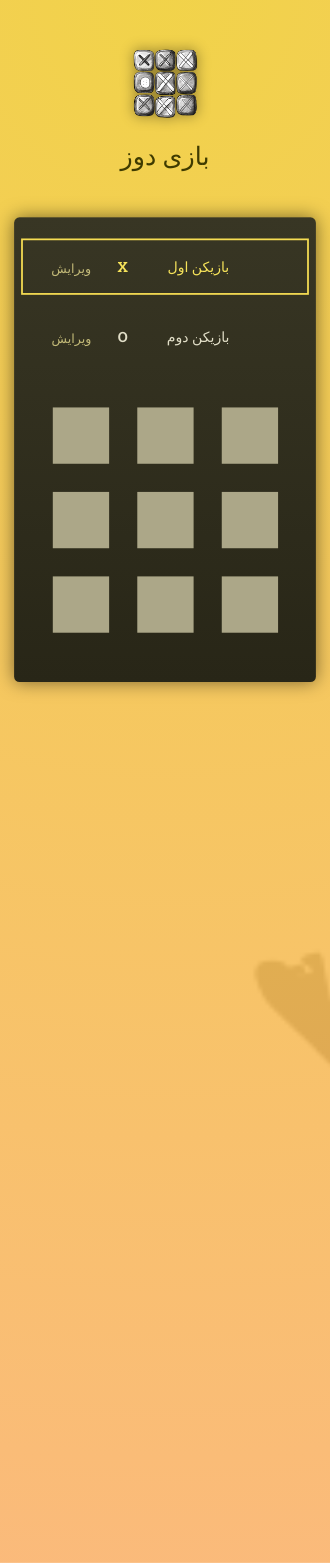
Repository: H-ala/react-tic-toc-toe
Page: /
An editor plug-in stored every save of this project. The page is shown before and after the next save, followed by the edit.
The browser window is 375 px wide. The pictures show the whole page, at 88% of full size.
Some web fonts or font styles are not loaded; a fallback is used. The project was rebuilt for these pictures with package versions that can differ from the ones it lists, and the page was loaded fresh each time. Also part of the build but not shown: vite.config.js, src/components/GameOver.jsx.

Above is the page before, as saved 2025-10-21 18:40:11.

### index.html
<!DOCTYPE html>
<html lang="en">
  <head>
    <meta charset="UTF-8" />
    <link rel="icon" type="image/svg+xml" href="/game-logo.png" />
    <meta name="viewport" content="width=device-width, initial-scale=1.0" />
    <title>React Tic-Tac-Toe</title>
  </head>
  <body>
    <header>
      <img src="game-logo.png" alt="main picture">
      <h1>بازی دوز</h1>
    </header>
    <div id="root"></div>
    <script type="module" src="/src/index.jsx"></script>
  </body>
</html>

### src/App.jsx
import { WINNING_COMBINATIONS } from "./winning_combinations.js";
import { useState } from "react";
import GameBoard from "./components/GameBoard.jsx";
import GameOver from "./components/GameOver.jsx";
import Player from "./components/Player.jsx";
import Log from "./components/Log.jsx";

const PLAYERS = {
    X: "بازیکن اول",
    O: "بازیکن دوم",
  }

const INITIAL_GAME_BOARD = [
  [null, null, null],
  [null, null, null],
  [null, null, null],
];

function deriveActivePlayer(gameTurns) {
  let currentPlayer = "X";
  if (gameTurns.length > 0 && gameTurns[0].player === "X") {
    currentPlayer = "O";
  }
  return currentPlayer;
}

function deriveGameBoard(gameTurns) {
  let gameBoard = [...INITIAL_GAME_BOARD.map((innerArray) => [...innerArray])];

  for (const turn of gameTurns) {
    const { square, player } = turn;
    const { row, col } = square;

    gameBoard[row][col] = player;
  }
  return gameBoard
}

function deriveWinner(gameBoard, players) {
  let winner;

  for (const combination of WINNING_COMBINATIONS) {
    const firstSquareSymbol =
      gameBoard[combination[0].row][combination[0].column];
    const secondSquareSymbol =
      gameBoard[combination[1].row][combination[1].column];
    const thirdSquareSymbol =
      gameBoard[combination[2].row][combination[2].column];

    if (
      firstSquareSymbol &&
      firstSquareSymbol === secondSquareSymbol &&
      firstSquareSymbol === thirdSquareSymbol
    ) {
      winner = players[firstSquareSymbol];
    }
  }

  return winner;
}

function App() {
  const [players, setplayers] = useState(PLAYERS);
  const [gameTurns, setGameTurns] = useState([]);

  const activePlayer = deriveActivePlayer(gameTurns);

  const gameBoard = deriveGameBoard(gameTurns);
  const winner = deriveWinner(gameBoard, players);
  const isDraw = gameTurns.length === 9 && !winner;

  function handleSelectSquare(rowIndex, colIndex) {
    setGameTurns((prevTurns) => {
      const currentPlayer = deriveActivePlayer(prevTurns);
      const updatedTurns = [
        {
          square: { row: rowIndex, col: colIndex },
          player: currentPlayer,
        },
        ...prevTurns,
      ];
      return updatedTurns;
    });
  }

  function handlePlayerName(symbol, newName) {
    setplayers((prevPlayers) => {
      return {
        ...prevPlayers,
        [symbol]: newName,
      };
    });
  }

  function handleRestart() {
    setGameTurns([]);
  }
  return (
    <main>
      <div id="game-container">
        <ol id="players" className="highlight-player">
          <Player
            initialName={PLAYERS.X}
            symbol="X"
            isActive={activePlayer === "X"}
            onChangeName={handlePlayerName}
          />
          <Player
            initialName={PLAYERS.O}
            symbol="O"
            isActive={activePlayer === "O"}
            onChangeName={handlePlayerName}
          />
        </ol>
        {(winner || isDraw) && (
          <GameOver winner={winner} onRestart={handleRestart} />
        )}
        <GameBoard onSelectSquare={handleSelectSquare} board={gameBoard} />
      </div>
      <Log turns={gameTurns} />
    </main>
  );
}

export default App;

### src/index.css
@import url("https://fonts.googleapis.com/css2?family=Caprasimo&family=Roboto+Slab:wght@400;700&display=swap");

* {
  box-sizing: border-box;
}

html {
  font-family: "Roboto Slab", sans-serif;
  line-height: 1.5;

  color: #ebe7ef;

  font-synthesis: none;
  text-rendering: optimizeLegibility;
  -webkit-font-smoothing: antialiased;
  -moz-osx-font-smoothing: grayscale;
  -webkit-text-size-adjust: 100%;
}

body {
  background: radial-gradient(
      circle at top,
      rgba(241, 210, 70, 0.98),
      rgba(250, 176, 103, 0.87)
    ),
    url("bg-pattern-dark.png");
  background-repeat: repeat;
  background-size: 100% 100%, 30% 30%, 100% 100%;
  min-height: 110rem;
  direction: rtl;
}

header {
  text-align: center;
}

header img {
  width: 8rem;
  object-fit: contain;
  margin: 3rem auto 1rem auto;
  filter: drop-shadow(0 0 8px rgba(0, 0, 0, 0.4));
}

h1 {
  font-family: "Caprasimo", cursive;
  font-size: 3rem;
  margin: 0 auto 3rem auto;
  color: #3f3b00;
}

#game-container {
  max-width: 45rem;
  margin: 3rem auto;
  padding: 2rem;
  border-radius: 6px;
  background: linear-gradient(#383624, #282617);
  box-shadow: 0 0 20px rgba(0, 0, 0, 0.5);
  position: relative;
}

#players {
  list-style: none;
  padding: 0;
  margin: 1rem 0;
  display: flex;
  justify-content: center;
  align-items: center;
  gap: 2rem;
}

#players li {
  display: flex;
  align-items: center;
  width: 50%;
  border: 2px solid transparent;
}

#players.highlight-player li.active {
  border-color: #f6e35a;
  animation: pulse 2s infinite ease-in-out;
}

#players.highlight-player li.active .player-name,
#players.highlight-player li.active .player-symbol {
  color: #f6e35a;
}

#players button {
  width: 3rem;
  border: none;
  background: none;
  color: #c3ba78;
  font-size: 0.9rem;
  cursor: pointer;
  transition: color 0.2s;
  padding: 0.5rem 0.25rem 0.25rem 0.25rem;
  text-align: center;
}

#players button:hover {
  color: #f8ca31;
}

.player {
  border: 2px solid transparent;
  padding: 0.5rem;
  border-radius: 4px;
  font-weight: bold;
}

.player-name {
  display: inline-block;
  width: 10rem;
  font-size: 1rem;
  color: #e1dec7;
  text-transform: uppercase;
  margin: 0;
  padding: 0.5rem;
  border-radius: 4px;
  text-overflow: ellipsis;
  text-align: center;
}

.player input {
  font: inherit;
  font-size: 1rem;
  width: 10rem;
  border: none;
  padding: 0.5rem;
  animation: pulse-text 2s infinite;
  background-color: #46432f;
  text-align: center;
  text-transform: uppercase;
}

.player-symbol {
  margin-left: 1rem;
  font-size: 1rem;
  color: #e1dec7;
}

ol {
  list-style: none;
  margin: 0;
  padding: 0;
}

/* #pre-game {
  text-align: center;
}

#pre-game button {
  cursor: pointer;
  background: none;
  color: #f8c031;
  border: none;
  font-family: "Caprasimo", cursive;
  font-size: 4rem;
  text-shadow: 0 0 12px rgba(0, 0, 0, 0.7);
  animation: pulse-text-size 2s infinite ease-out;
} */

#game-board {
  display: flex;
  flex-wrap: wrap;
  justify-content: center;
  gap: 2rem;
  margin: 3rem 0;
  padding: 0;
  flex-direction: column;
}

#game-board ol {
  display: flex;
  flex-wrap: wrap;
  justify-content: center;
  gap: 2rem;
  margin: 0;
  padding: 0;
}

#game-board button {
  width: 8rem;
  height: 8rem;
  border: none;
  background: #aca788;
  color: #3f3b00;
  font-size: 5rem;
  cursor: pointer;
  font-family: "Caprasimo", cursive;
  padding: 1rem;
}

#game-over {
  position: absolute;
  top: 0;
  left: 0;
  width: 100%;
  height: 100%;
  display: flex;
  flex-direction: column;
  justify-content: center;
  align-items: center;
  background-color: rgba(40, 38, 23, 0.95);
  animation: pop-in 0.5s cubic-bezier(0.68, -0.55, 0.65, 0.52) forwards;
}

#game-over h2 {
  font-family: "Caprasimo", cursive;
  font-size: 4rem;
  text-align: center;
  color: #fcd256;
  margin: 0;
}

#game-over p {
  font-size: 2rem;
  text-align: center;
  color: #e1dec7;
}

#game-over button {
  display: block;
  margin: 0 auto;
  font-size: 1.5rem;
  background: none;
  border: 2px solid #fcd256;
  color: #fcd256;
  padding: 0.5rem 1rem;
  border-radius: 4px;
  cursor: pointer;
  transition: all 0.2s, color 0.2s;
  box-shadow: 0 0 8px rgba(255, 187, 0, 0.4);
}

#game-over button:hover {
  background: #fcd256;
  color: #3f3b00;
  transform: scale(1.1);
  box-shadow: 0 0 20px rgba(255, 187, 0, 0.8);
}

#log {
  max-width: 20rem;
  color: #3f3b00;
  list-style: none;
  margin: 2rem auto;
  padding: 0;
  text-align: center;
}

#log li {
  border-radius: 4px;
  animation: slide-in-from-left 1s cubic-bezier(0.075, 0.82, 0.165, 1) forwards;
  margin: 0.75rem;
}

#log li.highlighted {
  background-color: #3f3b00;
  color: white;
}

#game-hints {
  text-align: center;
  color: #46432f;
}

#game-hints h2 {
  font-family: "Caprasimo", cursive;
  font-size: 2rem;
  margin: 0;
}

#game-hints ul {
  list-style: none;
  padding: 0;
  margin: 0;
}

#game-hints button {
  cursor: pointer;
  border: none;
  background: transparent;
  color: #23221f;
  font: inherit;
  margin-top: 1.5rem;
}

@keyframes slide-in-from-left {
  0% {
    opacity: 0;
    transform: translateX(-30%);
  }
  100% {
    opacity: 1;
    transform: translateX(0);
  }
}

@keyframes pulse-text {
  0% {
    color: #e1dec7;
  }
  50% {
    color: #9f9d83;
  }
  100% {
    color: #e1dec7;
  }
}

@keyframes pulse-text-size {
  0% {
    transform: scale(1);
  }
  50% {
    transform: scale(1.05);
  }
  100% {
    transform: scale(1);
  }
}

@keyframes pulse {
  0% {
    border-color: #f6e35a;
    box-shadow: 0 0 0 0 rgba(246, 227, 90, 0.4);
  }
  50% {
    border-color: #f8c031;
    box-shadow: 0 0 0 0.5rem rgba(248, 165, 49, 0);
  }
  100% {
    border-color: #f6e35a;
    box-shadow: 0 0 0 0 rgba(246, 227, 90, 0);
  }
}

/* Fancy animation for showing the "Game Over" element */
@keyframes pop-in {
  0% {
    transform: scale(0);
    opacity: 0;
  }
  80% {
    transform: scale(1.1);
    opacity: 1;
  }
  100% {
    transform: scale(1);
  }
}

@media (max-width: 768px) {
  h1 {
    font-size: 2rem;
  }

  #game-container {
    padding: 1rem;
    margin: 1rem;
  }

  #players {
    flex-direction: column;
    gap: 1rem;
  }

  #players li {
    width: 100%;
    align-items: center;
    justify-content: center;
  }

  #game-board button {
    width: 6rem;
    height: 6rem;
    font-size: 3rem;
  }

  #game-over p {
    font-size: 1.2rem;
  }
}
@media (max-width: 480px) {
  body {
    background-size: cover;
  }

  header img {
    width: 4.5rem;
  }

  h1 {
    font-size: 1.8rem;
  }

  #game-container {
    padding: 0.5rem;
    margin: 0.5rem;
  }

  #players {
    flex-direction: column;
    gap: 1rem;
  }

  #players li {
    width: 100%;
    align-items: center;
    justify-content: center;
  }

  #game-board button {
    width: 4rem;
    height: 4rem;
    font-size: 2rem;
  }

  #game-over p {
    font-size: 1.2rem;
  }
}

### src/winning_combinations.js
export const WINNING_COMBINATIONS = [
  [
    { row: 0, column: 0 },
    { row: 0, column: 1 },
    { row: 0, column: 2 },
  ],
  [
    { row: 1, column: 0 },
    { row: 1, column: 1 },
    { row: 1, column: 2 },
  ],
  [
    { row: 2, column: 0 },
    { row: 2, column: 1 },
    { row: 2, column: 2 },
  ],
  [
    { row: 0, column: 0 },
    { row: 1, column: 0 },
    { row: 2, column: 0 },
  ],
  [
    { row: 0, column: 1 },
    { row: 1, column: 1 },
    { row: 2, column: 1 },
  ],
  [
    { row: 0, column: 2 },
    { row: 1, column: 2 },
    { row: 2, column: 2 },
  ],
  [
    { row: 0, column: 0 },
    { row: 1, column: 1 },
    { row: 2, column: 2 },
  ],
  [
    { row: 0, column: 2 },
    { row: 1, column: 1 },
    { row: 2, column: 0 },
  ],
];

### src/components/Player.jsx
import { useState } from "react";

export default function ({ initialName, symbol, isActive, onChangeName }) {
  const [playerName, setplayerName] = useState(initialName);
  const [isEditting, setIsEditting] = useState(false);

  function handleEditClick() {
    setIsEditting((editting) => !editting);
    if (isEditting) {
      onChangeName(symbol, playerName);
    }
  }

  function handleChange(event) {
    setplayerName(event.target.value);
  }

  let edittablePlayerName = <span className="player-name">{playerName}</span>;
  if (isEditting) {
    edittablePlayerName = (
      <input type="text" required value={playerName} onChange={handleChange} />
    );
  }
  return (
    <li className={isActive ? "active" : undefined}>
      <span className="player">
        {edittablePlayerName}
        <span className="player-symbol">{symbol}</span>
      </span>
      <button onClick={handleEditClick}>{isEditting ? "ذخیره" : "ویرایش"} </button>
    </li>
  );
}

### src/components/Log.jsx
export default function Log({ turns }) {
  return (
    <ol id="log">
      {turns.map((turn) => (
        <li key={`${turn.square.row}${turn.square.col}`}>
          {turn.player} ردیف {turn.square.row + 1} و ستون {turn.square.col + 1}{" "}
          را انتخاب کرد
        </li>
      ))}
    </ol>
  );
}

Loaded but not shown: src/index.jsx (common file); src/components/GameBoard.jsx (common file)

After the next save:
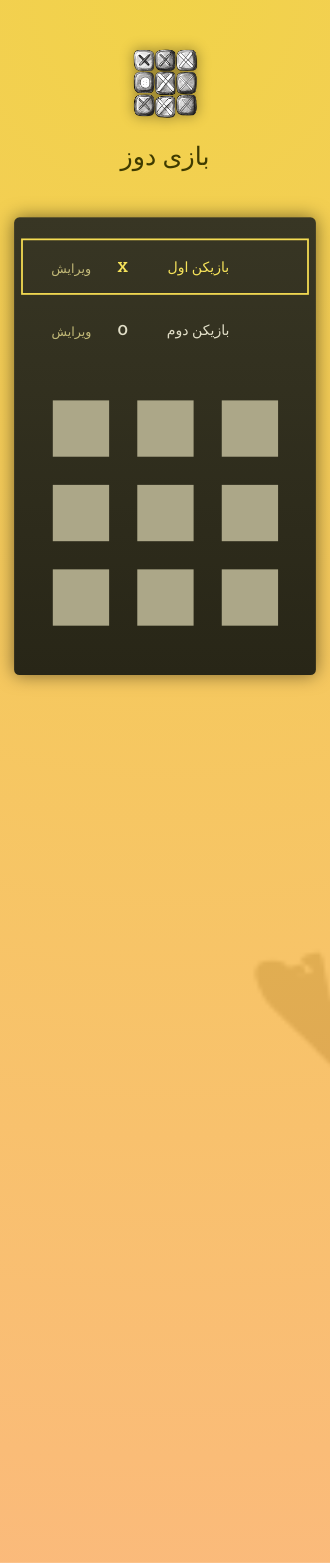
Saved 12 s later.
--- a/src/index.css
+++ b/src/index.css
@@ -402,7 +402,7 @@ ol {
 
   #players {
     flex-direction: column;
-    gap: 1rem;
+    gap: 0.5rem;
   }
 
   #players li {
